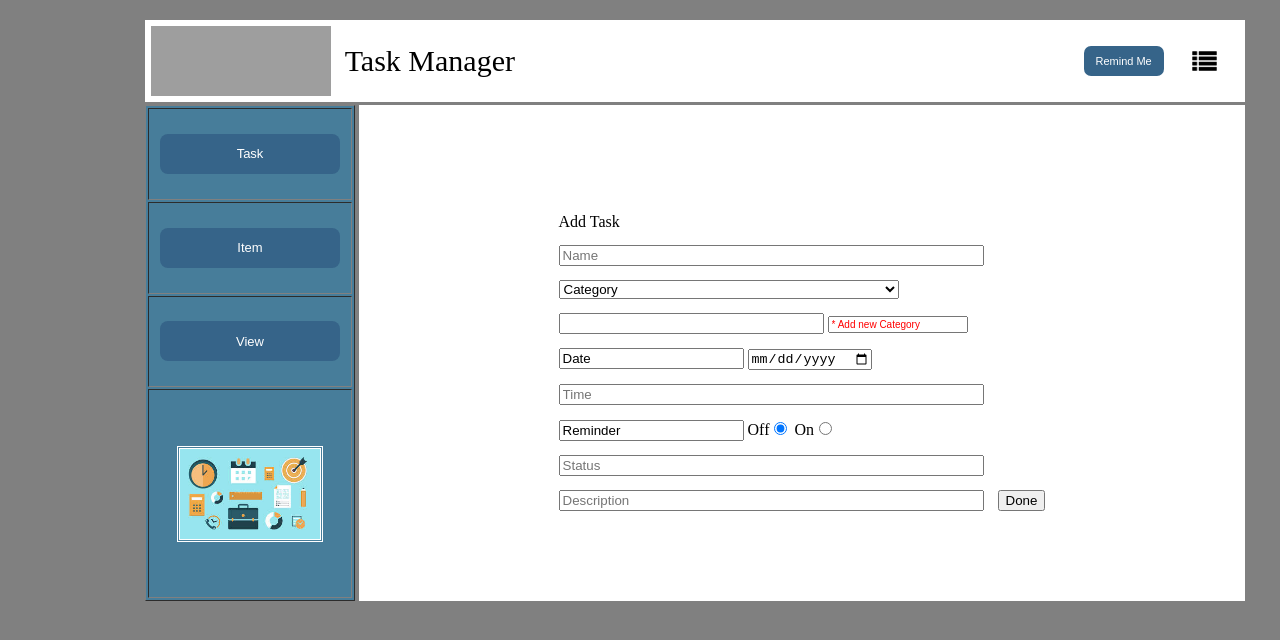
Repository: SnehaSalvi/TaskManagerProject
Page: http://localhost/TaskManagerChecklist/AddTask.jsp
These files come from the project's save history. The page is drawn as it stood at one moment and after the next save; the edit follows.
The browser window is 1280 px wide. The pictures show the whole page.
Pictures or frames that could not be fetched are drawn as grey boxes. The page is served by Tomcat 9.

Above is the page before, as saved 2016-10-14 08:48:11.

After the next save:
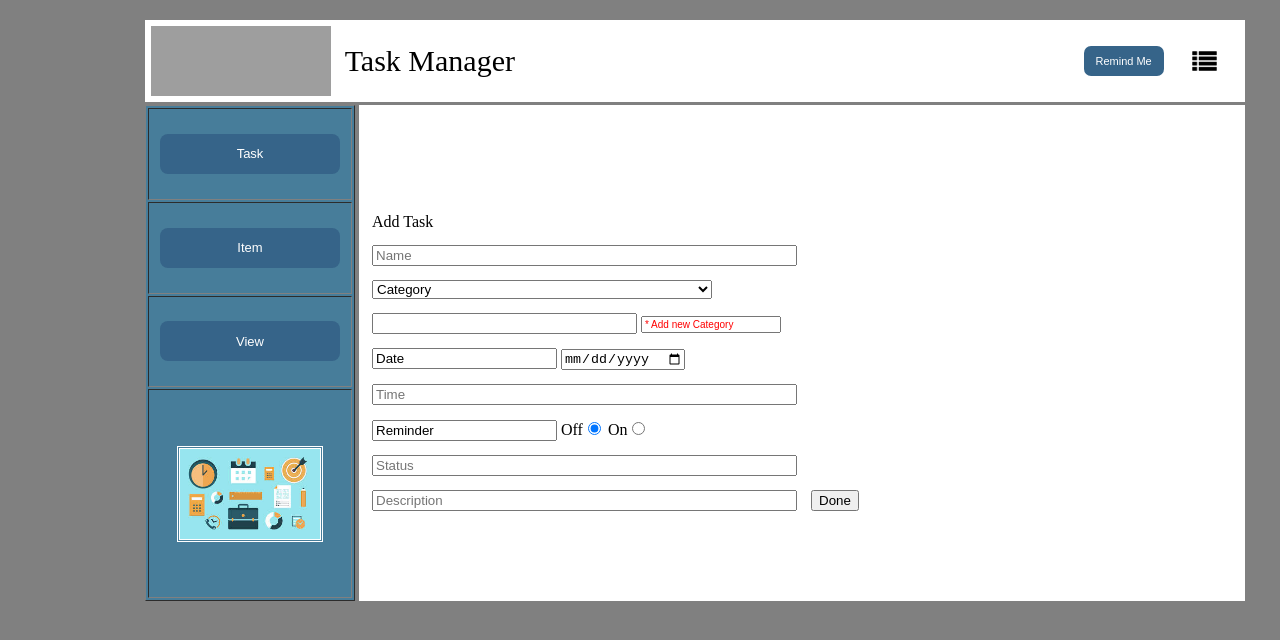
Saved 101 s later.
--- a/TaskManagerChecklist/WebContent/AddTask.jsp
+++ b/TaskManagerChecklist/WebContent/AddTask.jsp
@@ -59,7 +59,7 @@
 				<table id="table3">
 					<tr>
 						<td id="#td6">&nbsp;&nbsp;&nbsp;&nbsp;
-							<table align="center" cellspacing="6" cellpadding="4">
+							<table align="top" cellspacing="6" cellpadding="4">
 								<tr>
 									<td colspan="2">
 										Add Task

After the save that followed:
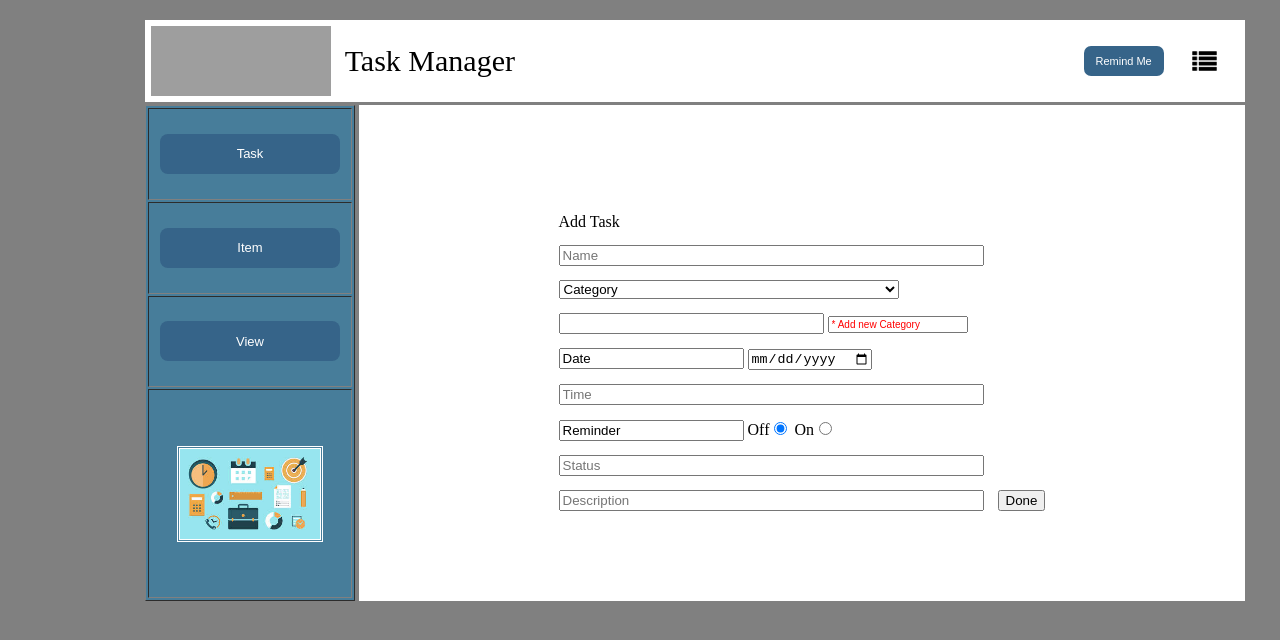
Saved 17 s later.
--- a/TaskManagerChecklist/WebContent/AddTask.jsp
+++ b/TaskManagerChecklist/WebContent/AddTask.jsp
@@ -59,7 +59,7 @@
 				<table id="table3">
 					<tr>
 						<td id="#td6">&nbsp;&nbsp;&nbsp;&nbsp;
-							<table align="top" cellspacing="6" cellpadding="4">
+							<table align="center" cellspacing="6" cellpadding="4">
 								<tr>
 									<td colspan="2">
 										Add Task
